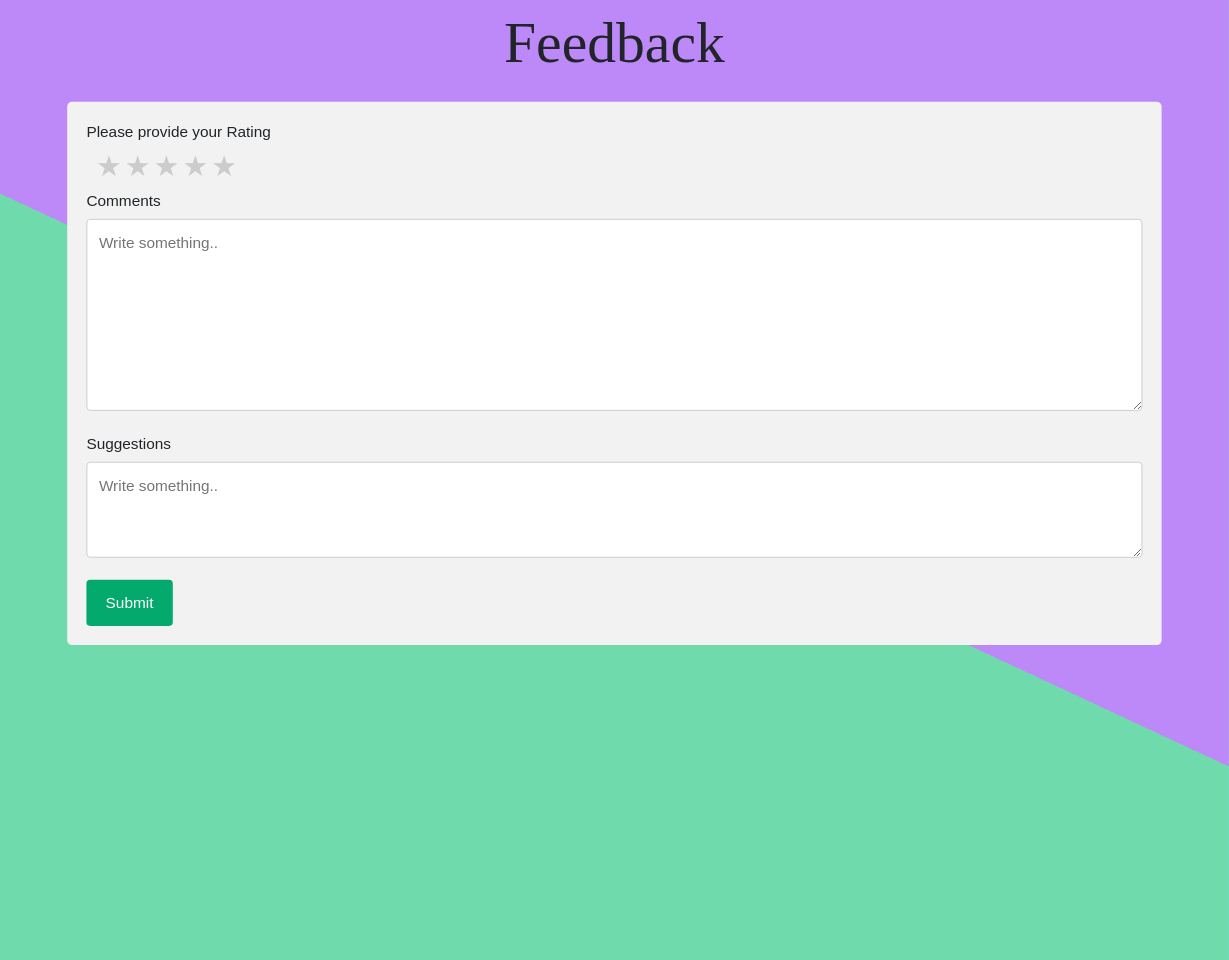
Repository: poornasyamasundar/Software-Project-Manager
Page: SoftwareManager/Templates/feedback.html
An editor plug-in stored every save of this project. The page is shown before and after the next save, followed by the edit.
The browser window is 1280 px wide. The pictures show the whole page, at 96% of full size.

Above is the page before, as saved 2021-10-23 21:35:40.

### SoftwareManager/Templates/feedback.html
<!DOCTYPE html>
<html>
	<head>
		<link rel = 'stylesheet' href = 'feedback.css'>
		<link href="https://cdn.jsdelivr.net/npm/bootstrap@5.0.2/dist/css/bootstrap.min.css" rel="stylesheet" integrity="sha384-EVSTQN3/azprG1Anm3QDgpJLIm9Nao0Yz1ztcQTwFspd3yD65VohhpuuCOmLASjC" crossorigin="anonymous">
		<title>
			Feedback
		</title>
        <style>
            body {font-family: Arial, Helvetica, sans-serif;
                background-color: #4BDBC3;
                background-image: -webkit-linear-gradient(65deg, #6fdaab  50%,  #bd88f8 50%); /*#4aeaf0 #f05151 #F8F7DE*/
                min-height: 1000px;
            }
            * {box-sizing: border-box;}

            input[type=text], select, textarea {
              width: 100%;
              padding: 12px;
              border: 1px solid #ccc;
              border-radius: 4px;
              box-sizing: border-box;
              margin-top: 6px;
              margin-bottom: 16px;
              resize: vertical;
            }

            input[type=submit] {
              background-color: #04AA6D;
              color: white;
              padding: 12px 20px;
              border: none;
              border-radius: 4px;
              cursor: pointer;
            }

            input[type=submit]:hover {
              background-color: #45a049;
            }

            .container {
              border-radius: 5px;
              background-color: #f2f2f2;
              padding: 20px;
              margin-top: 10px;
            }



            *{
                margin: 0;
                padding: 0px;
            }
            .rate {
                float: left;
                height: 46px;
                padding: 0 10px;
            }
            .rate:not(:checked) > input {
                position:absolute;
                top:-9999px;
            }
            .rate:not(:checked) > label {
                float:right;
                width:1em;
                overflow:hidden;
                white-space:nowrap;
                cursor:pointer;
                font-size:30px;
                color:#ccc;
            }
            .rate:not(:checked) > label:before {
                content: '★ ';
            }
            .rate > input:checked ~ label {
                color: #ffc700;
            }
            .rate:not(:checked) > label:hover,
            .rate:not(:checked) > label:hover ~ label {
                color: #deb217;
            }
            .rate > input:checked + label:hover,
            .rate > input:checked + label:hover ~ label,
            .rate > input:checked ~ label:hover,
            .rate > input:checked ~ label:hover ~ label,
            .rate > label:hover ~ input:checked ~ label {
                color: #c59b08;
            }
            </style>
	</head>
	<body>
        <p align="center" style="font-family:serif; font-size: 60px;">Feedback</p>


<div class="container">
  <form action="" method="POST">
    <!-- <label for="fname">First Name</label>
    <input type="text" id="fname" name="firstname" placeholder="Your name..">

    <label for="lname">Last Name</label>
    <input type="text" id="lname" name="lastname" placeholder="Your last name..">

    <label for="country">Country</label>
    <select id="country" name="country">
      <option value="australia">Australia</option>
      <option value="canada">Canada</option>
      <option value="usa">USA</option>
    </select> -->

    <label for="rating">Please provide your Rating</label>
    <br>
    <div class="rate">
        <input type="radio" id="star5" name="rate" value="5" />
        <label for="star5" title="text">5 stars</label>
        <input type="radio" id="star4" name="rate" value="4" />
        <label for="star4" title="text">4 stars</label>
        <input type="radio" id="star3" name="rate" value="3" />
        <label for="star3" title="text">3 stars</label>
        <input type="radio" id="star2" name="rate" value="2" />
        <label for="star2" title="text">2 stars</label>
        <input type="radio" id="star1" name="rate" value="1" />
        <label for="star1" title="text">1 star</label>
      </div>

      <br>

      <br>

    <label for="comments">Comments</label>
    <textarea id="comments" name="comments" placeholder="Write something.." style="height:200px"></textarea>

    <label for="suggestions">Suggestions</label>
    <textarea id="suggestions" name="suggestions" placeholder="Write something.." style="height:100px"></textarea>


    <input type="submit" value="Submit">
  </form>
</div>

    </body>
</html>

### SoftwareManager/Templates/feedback.css
body {font-family: Arial, Helvetica, sans-serif;
    background-color: #4BDBC3;
    background-image: -webkit-linear-gradient(65deg, #6fdaab  50%,  #bd88f8 50%); /*#4aeaf0 #f05151 #F8F7DE*/
    min-height: 1000px;
}
* {box-sizing: border-box;}

input[type=text], select, textarea {
  width: 100%;
  padding: 12px;
  border: 1px solid #ccc;
  border-radius: 4px;
  box-sizing: border-box;
  margin-top: 6px;
  margin-bottom: 16px;
  resize: vertical;
}

input[type=submit] {
  background-color: #04AA6D;
  color: white;
  padding: 12px 20px;
  border: none;
  border-radius: 4px;
  cursor: pointer;
}

input[type=submit]:hover {
  background-color: #45a049;
}

.container {
  border-radius: 5px;
  background-color: #f2f2f2;
  padding: 20px;
  margin-top: 10px;
}



*{
    margin: 0;
    padding: 0px;
}
.rate {
    float: left;
    height: 46px;
    padding: 0 10px;
}
.rate:not(:checked) > input {
    position:absolute;
    top:-9999px;
}
.rate:not(:checked) > label {
    float:right;
    width:1em;
    overflow:hidden;
    white-space:nowrap;
    cursor:pointer;
    font-size:30px;
    color:#ccc;
}
.rate:not(:checked) > label:before {
    content: '★ ';
}
.rate > input:checked ~ label {
    color: #ffc700;
}
.rate:not(:checked) > label:hover,
.rate:not(:checked) > label:hover ~ label {
    color: #deb217;
}
.rate > input:checked + label:hover,
.rate > input:checked + label:hover ~ label,
.rate > input:checked ~ label:hover,
.rate > input:checked ~ label:hover ~ label,
.rate > label:hover ~ input:checked ~ label {
    color: #c59b08;
}

After the next save:
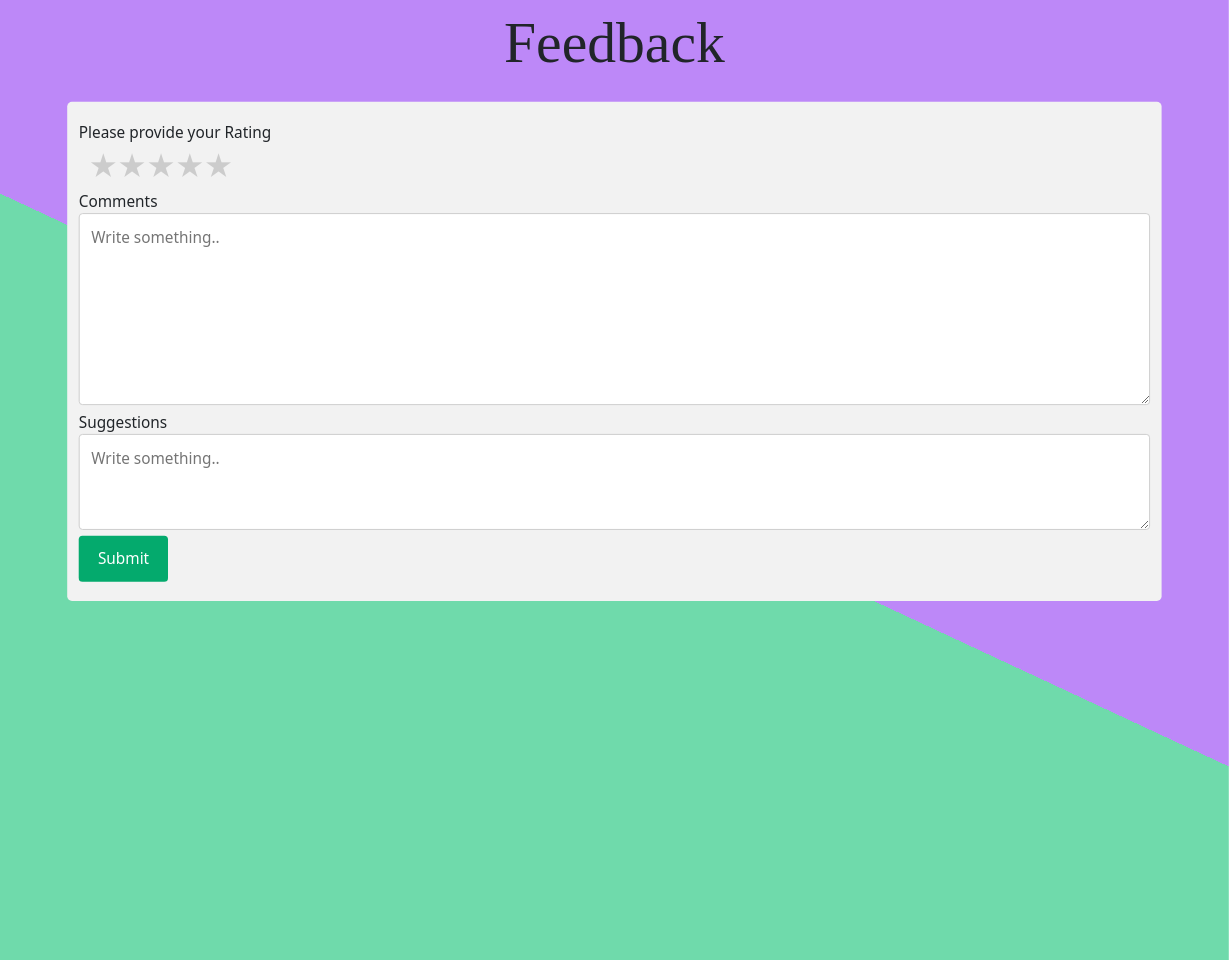
Saved 48 s later.
--- a/SoftwareManager/Templates/feedback.html
+++ b/SoftwareManager/Templates/feedback.html
@@ -7,9 +7,9 @@
 			Feedback
 		</title>
         <style>
-            body {font-family: Arial, Helvetica, sans-serif;
+            /*body {font-family: Arial, Helvetica, sans-serif;
                 background-color: #4BDBC3;
-                background-image: -webkit-linear-gradient(65deg, #6fdaab  50%,  #bd88f8 50%); /*#4aeaf0 #f05151 #F8F7DE*/
+                background-image: -webkit-linear-gradient(65deg, #6fdaab  50%,  #bd88f8 50%);
                 min-height: 1000px;
             }
             * {box-sizing: border-box;}
@@ -85,7 +85,7 @@
             .rate > input:checked ~ label:hover ~ label,
             .rate > label:hover ~ input:checked ~ label {
                 color: #c59b08;
-            }
+            } */
             </style>
 	</head>
 	<body>

After the save that followed:
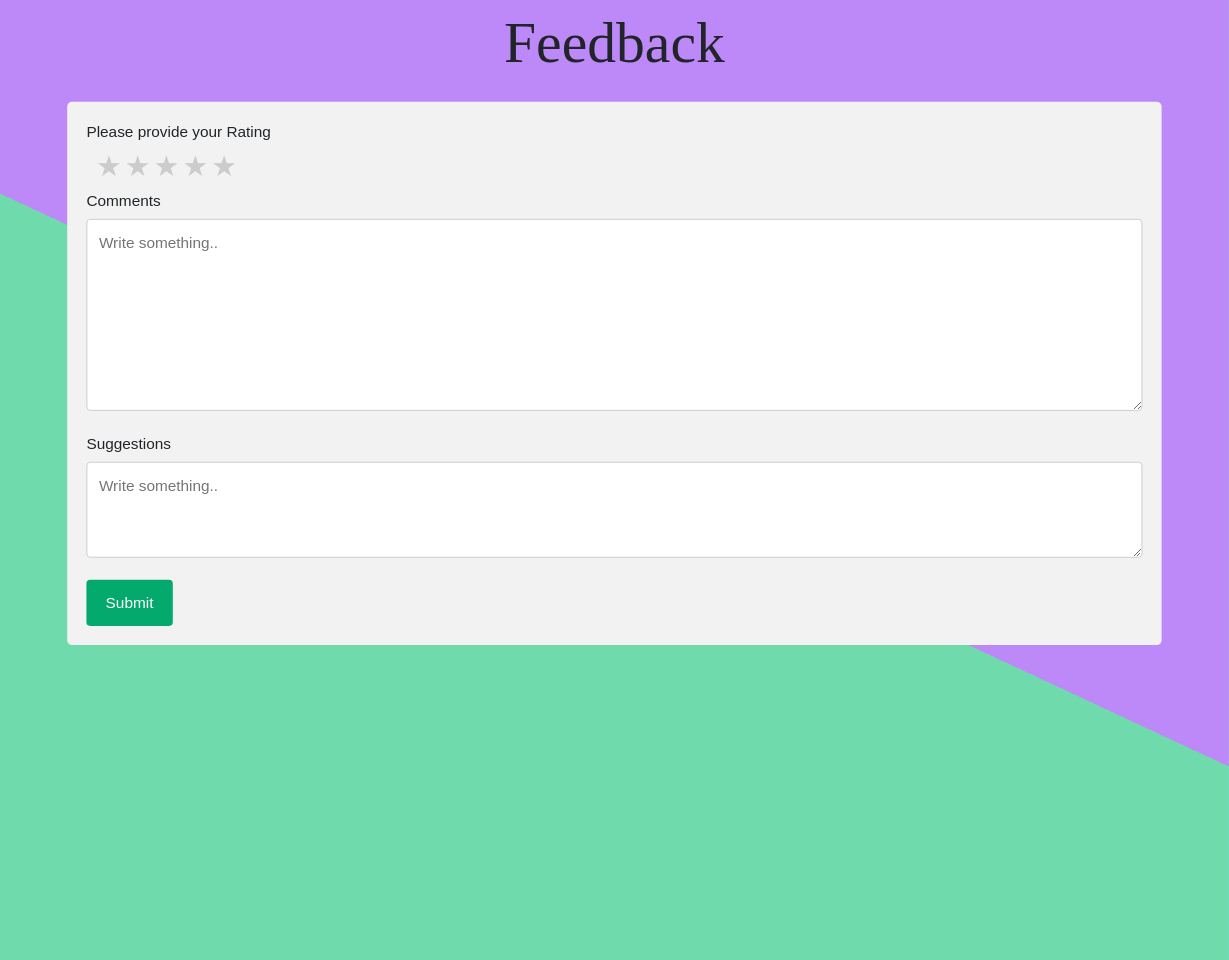
Saved 18 s later.
--- a/SoftwareManager/Templates/feedback.html
+++ b/SoftwareManager/Templates/feedback.html
@@ -7,7 +7,7 @@
 			Feedback
 		</title>
         <style>
-            /*body {font-family: Arial, Helvetica, sans-serif;
+            body {font-family: Arial, Helvetica, sans-serif;
                 background-color: #4BDBC3;
                 background-image: -webkit-linear-gradient(65deg, #6fdaab  50%,  #bd88f8 50%);
                 min-height: 1000px;
@@ -85,7 +85,7 @@
             .rate > input:checked ~ label:hover ~ label,
             .rate > label:hover ~ input:checked ~ label {
                 color: #c59b08;
-            } */
+            }
             </style>
 	</head>
 	<body>
